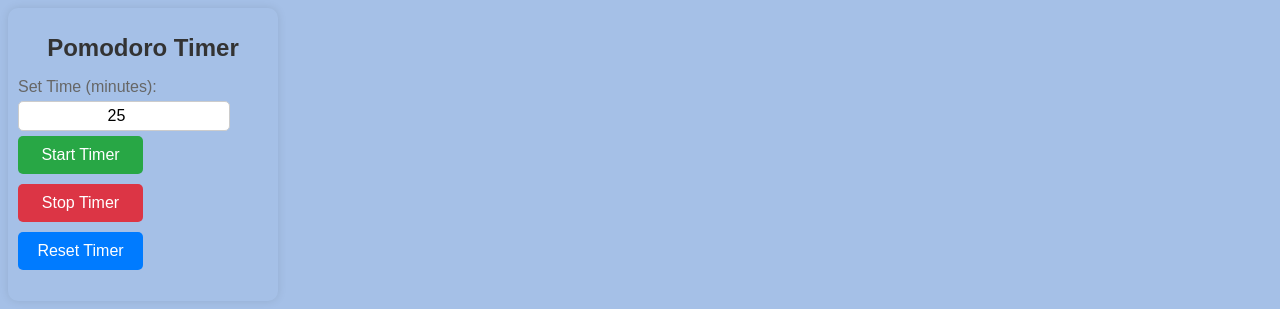
Repository: Prateek09102001/POMODORO-TIMER-UPDATEED-EXTENSIONS
Page: popup.html
The author's editor kept a copy of each file at every save. The page is drawn from the files as they stood at one save, then again after a run of saves.
The browser window is 1280 px wide. The pictures show the whole page.

Above is the page before, as saved 2024-09-30 18:57:26.

After the next 2 saves:
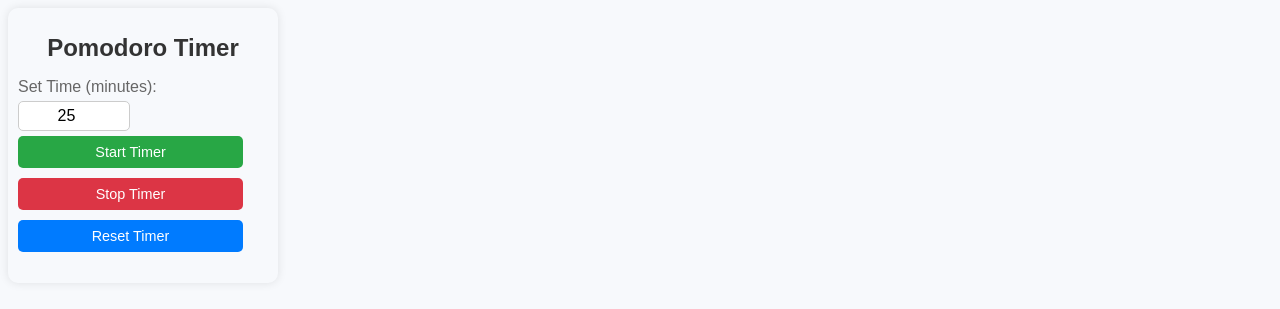
The 2 saves are shown as one change because they came seconds apart.
The last was saved 34 s later.
--- a/style.css
+++ b/style.css
@@ -1,65 +1,52 @@
 body {
     font-family: 'Arial', sans-serif;
     padding: 10px;
-    background-color: #a5c0e7;
+    background-color: #f7f9fc;
     border-radius: 10px;
     box-shadow: 0 0 10px rgba(0, 0, 0, 0.1);
     width: 250px;
 }
-
 h1 {
     font-size: 1.5em;
     text-align: center;
     color: #333;
 }
-
 label {
     display: block;
     margin: 10px 0 5px;
     color: #666;
 }
-
 input[type="number"] {
-    width: 80%;
+    width: 100px; /* Set input width to 100px */
     padding: 5px;
     border-radius: 5px;
     border: 1px solid #ccc;
     text-align: center;
     font-size: 1em;
 }
-
 button {
-    width: 50%;
-    padding: 10px;
+    width: 90%; /* Make buttons slightly smaller */
+    padding: 8px; /* Reduced padding */
     margin: 5px auto;
     border: none;
     border-radius: 5px;
-    flex: auto;
     color: #fff;
-    font-size: 1em;
+    font-size: 0.9em; /* Slightly smaller font */
     cursor: pointer;
     transition: background-color 0.3s, transform 0.2s;
 }
-
 #start {
-    background-color: #28a745;
-    /* Green */
+    background-color: #28a745; /* Green */
 }
-
 #stop {
-    background-color: #dc3545;
-    /* Red */
+    background-color: #dc3545; /* Red */
 }
-
 #reset {
-    background-color: #007bff;
-    /* Blue */
+    background-color: #007bff; /* Blue */
 }
-
 button:hover {
     transform: scale(1.05);
 }
-
 #status {
     margin-top: 10px;
     text-align: center;
